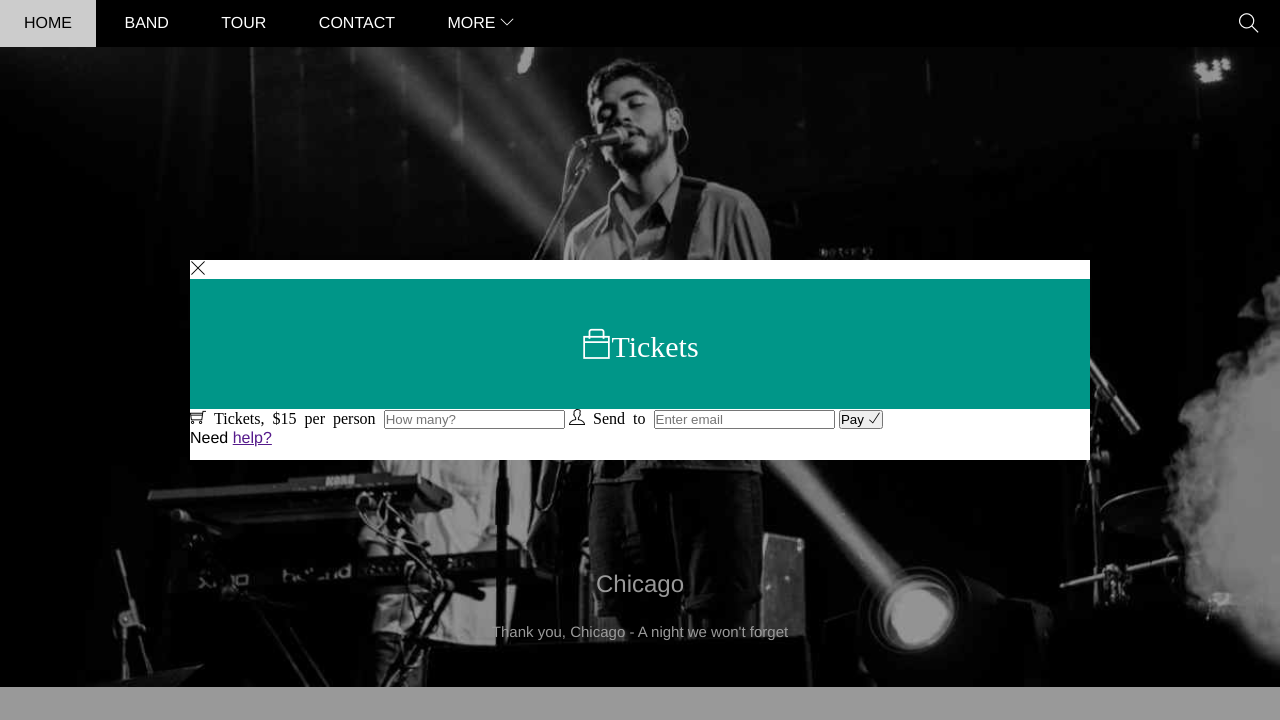
Repository: qhoa25623/The-Band
Page: index.html
These files come from the project's save history. The page is drawn as it stood at one moment and after a run of saves; the edit follows.
The browser window is 1280 px wide. The pictures show the window.
A layer covers the whole window, so only the first screen is drawn.

Above is the page before, as saved 2022-04-27 22:48:19.

### index.html
<!DOCTYPE html>
<html lang="en">
  <head>
    <meta charset="UTF-8" />
    <meta http-equiv="X-UA-Compatible" content="IE=edge" />
    <meta name="viewport" content="width=device-width, initial-scale=1.0" />
    <title>Document</title>
    <link rel="stylesheet" href="./assets/css/styles.css" />
    <link
      rel="stylesheet"
      href="./assets/fonts/themify-icons/themify-icons.css"
    />
  </head>
  <body>
    <div id="main">
      <div id="header">
        <ul id="nav">
          <li><a href="">Home</a></li>
          <li><a href="">Band</a></li>
          <li><a href="">Tour</a></li>
          <li><a href="">Contact</a></li>
          <li>
            <a href="">
              More
              <i class="nav-arrow-down ti-angle-down"></i>
            </a>
            <ul class="subnav">
              <li><a href="">Merchandise</a></li>
              <li><a href="">Extras</a></li>
              <li><a href="">Media</a></li>
            </ul>
          </li>
        </ul>
        <div class="search-btn">
          <i class="search-icon ti-search"></i>
        </div>
      </div>
      <div id="slider">
        <div class="text-content">
          <h2 class="text-heading">Chicago</h2>
          <div class="text-description">
            Thank you, Chicago - A night we won't forget
          </div>
        </div>
      </div>
      <div id="content">
        <!-- About section-->
        <div class="content-section">
          <h2 class="section-heading">THE BAND</h2>
          <p class="section-sub-heading">We love music</p>
          <p class="about-text">
            We have created a fictional band website. Lorem ipsum dolor sit
            amet, consectetur adipiscing elit, sed do eiusmod tempor incididunt
            ut labore et dolore magna aliqua. Ut enim ad minim veniam, quis
            nostrud exercitation ullamco laboris nisi ut aliquip ex ea commodo
            consequat. Duis aute irure dolor in reprehenderit in voluptate velit
            esse cillum dolore eu fugiat nulla pariatur. Excepteur sint occaecat
            cupidatat non proident, sunt in culpa qui officia deserunt mollit
            anim id est laborum consectetur adipiscing elit, sed do eiusmod
            tempor incididunt ut labore et dolore magna aliqua. Ut enim ad minim
            veniam, quis nostrud exercitation ullamco laboris nisi ut aliquip ex
            ea commodo consequat.
          </p>
          <div class="member-list">
            <div class="member-item">
              <p class="member-name">Name</p>
              <img
                src="./assets/img/band/member1.jpg"
                alt="Name"
                class="member-img"
              />
            </div>
            <div class="member-item">
              <p class="member-name">Name</p>
              <img
                src="./assets/img/band/member1.jpg"
                alt="Name"
                class="member-img"
              />
            </div>
            <div class="member-item">
              <p class="member-name">Name</p>
              <img
                src="./assets/img/band/member1.jpg"
                alt="Name"
                class="member-img"
              />
            </div>
            <div class="clear"></div>
          </div>
        </div>

        <!-- Tour section-->
        <div class="tour-section">
          <div class="content-section">
            <h2 class="section-heading text-white">TOUR DATES</h2>
            <p class="section-sub-heading text-white">
              Remember to book your tickets!
            </p>
            <ul class="tickets-list">
              <li>September <span class="sold-out">Sold out</span></li>
              <li>October <span class="sold-out">Sold out</span></li>
              <li>November <span class="quantity">3</span></li>
            </ul>
            <!-- Places-->
            <div class="places-list">
              <div class="place-item">
                <img
                  src="./assets/img/places/place1.jpg"
                  alt="New York"
                  class="place-img"
                />
                <div class="place-body">
                  <h3 class="place-heading">New York</h3>
                  <p class="place-time">Fri 27 Nov 2016</p>
                  <p class="place-desc">
                    Praesent tincidunt sed tellus ut rutrum sed vitae justo.
                  </p>
                  <a href="#" class="place-buy-btn">Buy Tickets</a>
                </div>
              </div>

              <div class="place-item">
                <img
                  src="./assets/img/places/place2.jpg"
                  alt="New York"
                  class="place-img"
                />
                <div class="place-body">
                  <h3 class="place-heading">Paris</h3>
                  <p class="place-time">Sat 28 Nov 2016</p>
                  <p class="place-desc">
                    Praesent tincidunt sed tellus ut rutrum sed vitae justo.
                  </p>
                  <a href="#" class="place-buy-btn">Buy Tickets</a>
                </div>
              </div>

              <div class="place-item">
                <img
                  src="./assets/img/places/place3.jpg"
                  alt="New York"
                  class="place-img"
                />
                <div class="place-body">
                  <h3 class="place-heading">San Francisco</h3>
                  <p class="place-time">Sun 29 Nov 2016</p>
                  <p class="place-desc">
                    Praesent tincidunt sed tellus ut rutrum sed vitae justo.
                  </p>
                  <a href="#" class="place-buy-btn">Buy Tickets</a>
                </div>
              </div>
              <div class="clear"></div>
            </div>
          </div>
        </div>

        <!-- Contact section-->
        <div class="content-section">
          <h2 class="section-heading">CONTACT</h2>
          <p class="section-sub-heading">Fan? Drop a note!</p>
        </div>
      </div>
      <div id="footer"></div>
    </div>
    <div class="modal">
      <div class="modal-container">
        <div class="modal-close">
          <i class="ti-close"></i>
        </div>
        <header class="modal-header">
          <i class="modal-heading-icon ti-bag">Tickets</i>
        </header>
        <div class="modal-body">
          <label for="" class="modal-label">
            <i class="ti-shopping-cart"> Tickets, $15 per person </i>
          </label>
          <input type="text" class="modal-input" placeholder="How many?" />

          <label for="" class="modal-label">
            <i class="ti-user"> Send to </i>
          </label>
          <input type="text" class="modal-input" placeholder="Enter email" />

          <button id="buy-tickets">
            Pay
            <i class="ti-check"></i>
          </button>
        </div>
        <footer class="modal-footer">
          <p class="modal-help">Need <a href="">help?</a></p>
        </footer>
      </div>
    </div>
  </body>
</html>

### assets/css/styles.css
/* Reset CSS */
* {
  padding: 0;
  margin: 0;
  box-sizing: border-box;
}
html {
  font-family: Helvetica, Arial, sans-serif;
}
.clear {
  clear: both;
}
.text-white {
  color: #fff !important;
}
#main {
}
#header {
  position: fixed;
  top: 0;
  left: 0;
  right: 0;
  height: 46.5px;
  background-color: #000;
  z-index: 1;
}
#nav {
  display: inline-block;
}
#nav,
.subnav {
  list-style-type: none;
}
#nav > li {
  display: inline-block;
}
#nav li {
  position: relative;
}
#nav > li > a {
  color: #fff;
  text-transform: uppercase;
}
#nav li a {
  text-decoration: none;
  line-height: 46.5px;
  padding: 0 24px;
  display: block;
}
#nav li:hover .subnav {
  display: block;
}
#nav > li:hover > a,
#nav .subnav li:hover a {
  color: #000;
  background-color: #ccc;
}
#nav .subnav {
  min-width: 160px;
  top: 100%;
  left: 0;
  display: none;
  position: absolute;
  background-color: #fff;
  box-shadow: 0 0 10px rgba(0, 0, 0, 0.3);
}
#nav .subnav a {
  color: #000;
  padding: 0 16px;
  line-height: 38.5px;
}
#nav .nav-arrow-down {
  font-size: 14px;
}
#header .search-btn {
  float: right;
  padding: 0 21px;
}
#header .search-btn:hover {
  background-color: #f44336;
}
#header .search-icon {
  color: #fff;
  font-size: 20px;
  line-height: 46.5px;
}
#slider {
  position: relative;
  margin-top: 46.5px;
  padding-top: 50%;
  background: url("/assets/img/slider/slider1.jpg") top center / cover no-repeat;
}
#slider .text-content {
  position: absolute;
  bottom: 47px;
  color: #fff;
  left: 50%;
  transform: translateX(-50%);
  text-align: center;
}
#slider .text-heading {
  font-weight: 500;
  font-size: 24px;
}
#slider .text-description {
  font-size: 15px;
  margin-top: 25px;
}
#content {
}
#content .content-section {
  width: 800px;
  padding: 64px 0;
  margin-left: auto;
  margin-right: auto;
}
#content .section-heading {
  font-weight: 500;
  text-align: center;
  font-size: 30px;
  letter-spacing: 3px;
}
#content .section-sub-heading {
  text-align: center;
  font-size: 15px;
  margin-top: 25px;
  font-style: italic;
  opacity: 0.6;
}
#content .about-text {
  font-size: 15px;
  margin-top: 25px;
  text-align: justify;
  line-height: 1.4;
}
#content .member-list {
  margin-top: 47px;
}
#content .member-item {
  float: left;
  width: calc(100% / 3);
  text-align: center;
}
#content .member-name {
  font-size: 15px;
}
#content .member-img {
  margin-top: 15px;
  width: 154px;
  border-radius: 4px;
}

.tour-section {
  background: #000;
}
.tickets-list {
  background-color: #fff;
  list-style: none;
  margin-top: 40px;
}
.tickets-list li {
  color: rgb(117, 117, 117);
  font-size: 15px;
  padding: 11px 16px;
  border-bottom: 1px solid rgb(221, 221, 221);
}
.tickets-list .sold-out {
  color: #ffffff;
  background-color: #f44336;
  padding: 3px 4px;
  margin: 0 0 0 16px;
}
.tickets-list .quantity {
  float: right;
  width: 24px;
  height: 22.5px;
  background-color: #000;
  border-radius: 50%;
  text-align: center;
  color: #fff;
  line-height: 22.5px;
  margin-top: -3px;
}
.places-list {
  margin-top: 32px;
  margin-left: -8px;
  margin-right: -8px;
  padding-bottom: 48px;
}
.place-item {
  float: left;
  width: calc(100% / 3);
  padding: 0 8px;
}
.place-img {
  width: 100%;
  display: block;
}
.place-img:hover {
  opacity: 0.6;
}
.place-body {
  background-color: #fff;
  padding: 16px 16px;
  font-size: 15px;
}
.place-heading {
  font-size: 15px;
  font-weight: 550;
}
.place-time {
  margin-top: 15px;
  color: #757575;
}
.place-desc {
  margin-top: 15px;
  line-height: 1.4;
}
.place-buy-btn {
  color: #fff;
  background-color: #000;
  text-decoration: none;
  display: inline-block;
  margin-top: 15px;
  padding: 11px 16px;
}

.place-buy-btn:hover {
  color: #000;
  background-color: #ccc;
}
.modal {
  position: fixed;
  top: 0;
  right: 0;
  left: 0;
  bottom: 0;
  background: rgba(0, 0, 0, 0.4);
  display: flex;
  align-items: center;
  justify-content: center;
}
.modal-container {
  background: #fff;
  width: 900px;
  min-height: 200px;
}

.modal-header{
  background:#009688;
  height:130px;
  display:flex;
  align-items: center;
  justify-content: center;
  font-size:30px;
  color:#fff;
}
.modal-heading-icon{
  margin-right
}

Loaded but not shown: assets/fonts/themify-icons/themify-icons.css (common file)

After the next 2 saves:
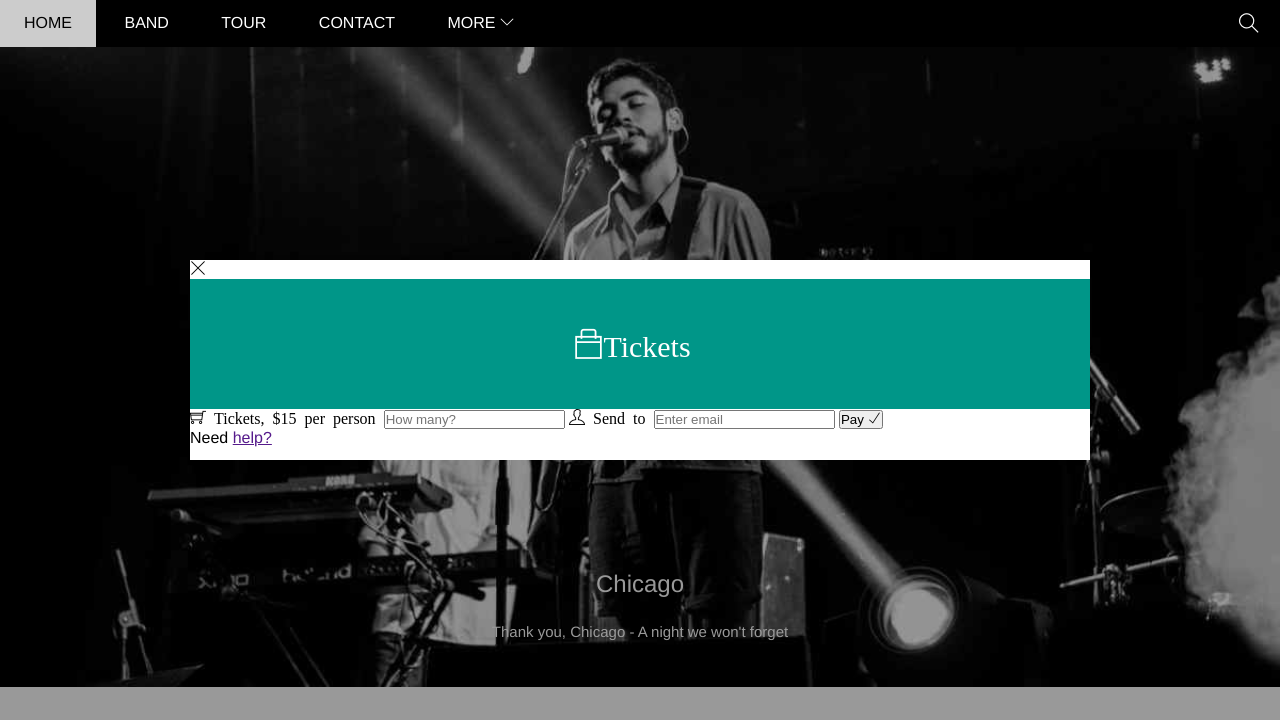
The 2 saves are shown as one change because they came seconds apart.
The last was saved 7 s later.
--- a/assets/css/styles.css
+++ b/assets/css/styles.css
@@ -256,5 +256,5 @@ html {
   color:#fff;
 }
 .modal-heading-icon{
-  margin-right
-}
+  margin-right:16px;
+}
